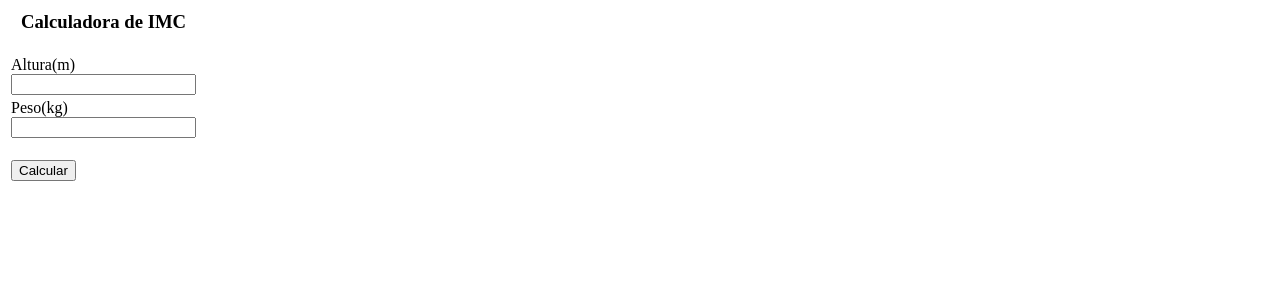
Repository: Patriciamativi/Projetos
Page: index.html
An editor plug-in stored every save of this project. The page is shown before and after the next save, followed by the edit.
The browser window is 1280 px wide. The pictures show the whole page.

Above is the page before, as saved 2022-11-21 13:59:13.

After the next save:
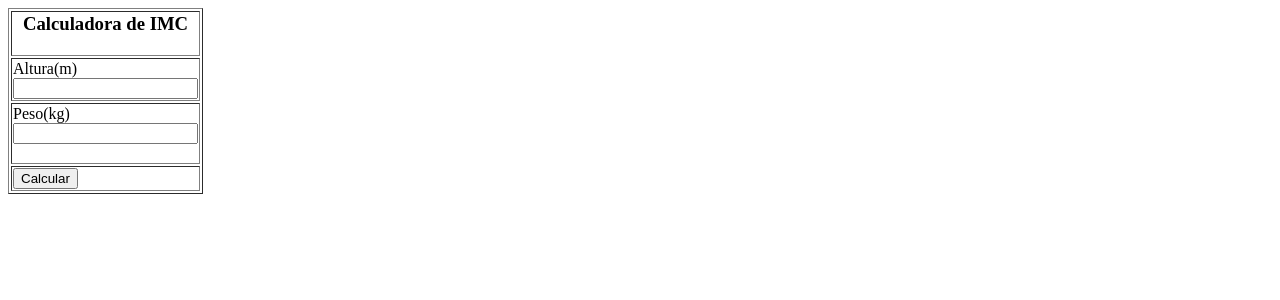
Saved 11 s later.
--- a/index.html
+++ b/index.html
@@ -12,7 +12,7 @@
             }
         </style>
     </head>
-<table border="0">
+<table border="1">
     <body>
 
         <tr>

After the save that followed:
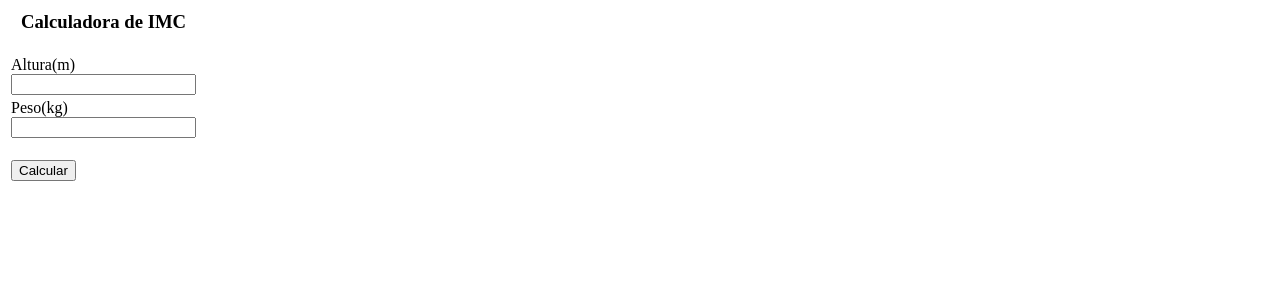
Saved 11 s later.
--- a/index.html
+++ b/index.html
@@ -12,7 +12,7 @@
             }
         </style>
     </head>
-<table border="1">
+<table border="0">
     <body>
 
         <tr>
